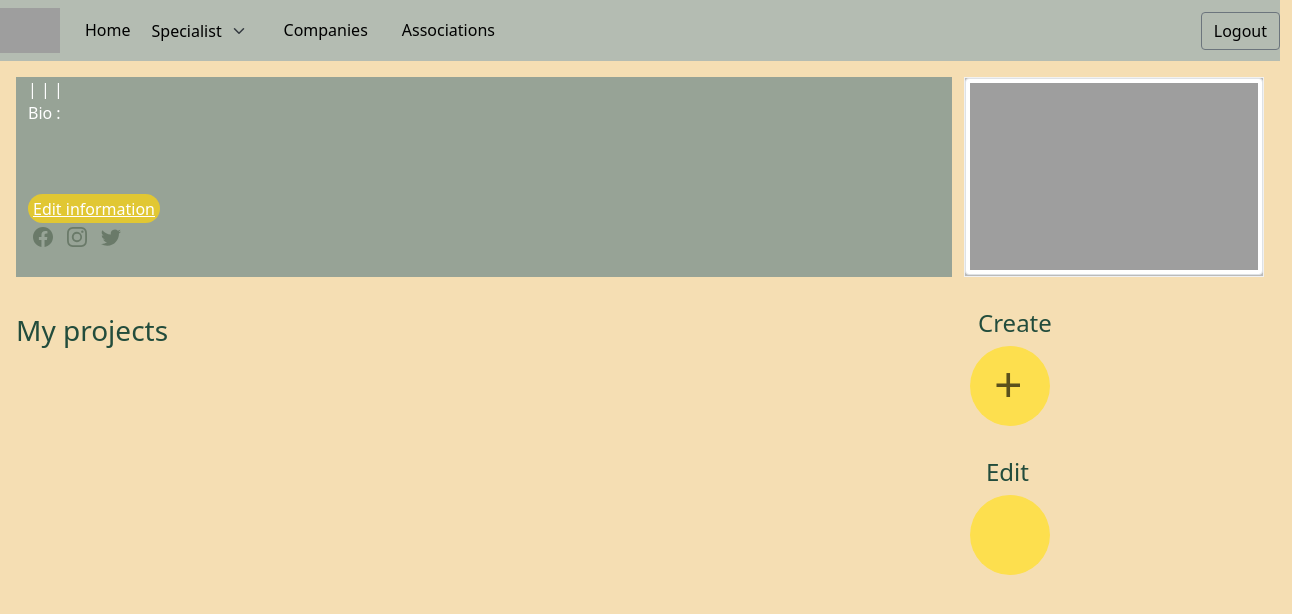
Repository: ahmadjamal-1997/Project-Taqadam
Page: http://localhost/Taqadam/WEB-INF/homestudent.jsp
The author's editor kept a copy of each file at every save. The page is drawn from the files as they stood at one save, then again after the next save.
The browser window is 1280 px wide. The page is 1292 px wide, so the pictures cover 1292 px, including what lies to the right of the window. The pictures show the whole page.
Pictures or frames that could not be fetched are drawn as grey boxes. The page is served by Tomcat 9. Nobody is signed in. Other server files are loaded and not shown. The template is opened directly, without the code that normally fills it, so the values that code supplies are empty.

Above is the page before, as saved 2022-04-01 13:37:18.

### Taqadam-new/Taqadam/src/main/webapp/WEB-INF/homestudent.jsp
<%@ page language="java" contentType="text/html; charset=ISO-8859-1"
    pageEncoding="ISO-8859-1"%>
<%@taglib uri="http://java.sun.com/jsp/jstl/fmt" prefix="fmt"%>
<%@taglib uri="http://java.sun.com/jsp/jstl/core" prefix="c"%>
<%@ taglib prefix="form" uri="http://www.springframework.org/tags/form"%>
<%@ page isErrorPage="true" %>
<!DOCTYPE html>
<html lang="en">

<head>
    <meta charset="UTF-8">
    <meta http-equiv="X-UA-Compatible" content="IE=edge">
    <meta name="viewport" content="width=device-width, initial-scale=1.0">
    <title>project</title>
    <!-- CSS only -->
    <link href="https://cdn.jsdelivr.net/npm/bootstrap@5.1.3/dist/css/bootstrap.min.css" rel="stylesheet"
        integrity="sha384-1BmE4kWBq78iYhFldvKuhfTAU6auU8tT94WrHftjDbrCEXSU1oBoqyl2QvZ6jIW3" crossorigin="anonymous">
    <style>
        #information {
            background-color: #97a396;
        }

        /* #personalPicture{
        width: 200px;
        height: 200px;
    } */
        .col-3 {
            /* background-color:#224c3c; */
            border-radius: 18px;
        }

        /* for picture */
        .flip-card {
            background-color: transparent;
            width: 300px;
            height: 200px;
            border: 1px solid #f1f1f1;
            perspective: 1000px;
            /* Remove this if you don't want the 3D effect */
        }

        /* This container is needed to position the front and back side */
        .flip-card-inner {
            position: relative;
            width: 100%;
            height: 100%;
            text-align: center;
            transition: transform 0.8s;
            transform-style: preserve-3d;
        }

        /* Do an horizontal flip when you move the mouse over the flip box container */
        .flip-card:hover .flip-card-inner {
            transform: rotateY(180deg);
        }

        /* Position the front and back side */
        .flip-card-front,
        .flip-card-back {
            position: absolute;
            width: 100%;
            height: 100%;
            -webkit-backface-visibility: hidden;
            /* Safari */
            backface-visibility: hidden;
        }

        /* Style the front side (fallback if image is missing) */
        .flip-card-front {
            background-color: #bbb;
            color: black;
        }

        /* Style the back side */
        .flip-card-back {
            background-color: dodgerblue;
            color: white;
            transform: rotateY(180deg);
        }

        /* end picture */
        .edit {
            background-color: #e1c733;
            width: 132px;
            height: 29px;
            display: flex;
            align-items: center;
            justify-content: center;
            border-radius: 20px;
        }

        .container,
        .container-fluid,
        .container-lg,
        .container-md,
        .container-sm,
        .container-xl,
        .container-xxl {
            padding-left: 0 !important;
            padding-right: 0 !important;
        }

        .col-3 {
            border-radius: 0 !important;
        }

        .card {
            background-color: #224c3c;
            color: white;
        }
        .container, .container-lg, .container-md, .container-sm {
    max-width: 1300px !important;
}
    </style>
</head>

<body style="background-color: wheat;">

    <nav class="navbar navbar-expand-lg navbar-dark" style="background-color: #b4bcb2;">
        <div class="container">
            <img src='/photo/taqdam-01.png' height="45" alt="movie_logo">
            <button class="navbar-toggler" type="button" data-bs-toggle="collapse"
                data-bs-target="#navbarSupportedContent" aria-controls="navbarSupportedContent" aria-expanded="false"
                aria-label="Toggle navigation">
                <span class="navbar-toggler-icon" style="color: white;"></span>
            </button>
            <div class="collapse navbar-collapse" id="navbarSupportedContent">
                <ul class="navbar-nav me-auto mb-2 mb-lg-0">
                    <li class="nav-item">
                        <a href="/" class="btn outline-dark btn-sm ms-3" style="color:black; font-size:16px;">Home</a>
                    </li>
                    <li class="nav-item" >
                        <select class="form-select" style="background-color: #b4bcb2;border: none;font-size:16px;color: black;" aria-label="Default select example">
                            <option selected>Specialist</option>
                            <option value="1">One</option>
                            <option value="2">Two</option>
                            <option value="3">Three</option>
                        </select>
                    </li>
                    <li class="nav-item">
                        <a href="" class="btn outline-dark btn-sm ms-3"
                            style="color:black; font-size:16px;">Companies</a>
                    </li>

                    <li class="nav-item">
                        <a href="" class="btn outline-dark btn-sm ms-3"
                            style="color:black; font-size:16px;">Associations</a>
                    </li>
                </ul>
                <div class="nav-item">
                    <a href="" class="btn btn-outline-secondary" style="font-size:16px;color: black;">Logout</a>
                </div>

            </div>
        </div>
    </nav>
    <div class="container">
        <div class="container-fluid">
            <div class="row w-100 p-3" style="margin: 0 auto;">
                <div id="information" class="col-9 text-white">
                    <div class="row">
                        <div class="col-12 text-break">${user.firstName } ${user.lastName }</div>
                    </div>
                    <div class="row">
                        <div class="col">${user.email } | ${user.field } | ${user.phone } | ${user.university }</div>
                    </div>
                    <div class="row">
                        <div class="col text-break" style="overflow-y: scroll;height: 85px;">Bio : ${user.bio }</div>
                    </div>
                    <div class="row mt-2">
                        <div class="col">
                            <div class="edit">
                                <a href="/edit/student/${user.id }" style="color:rgb(255, 255, 255)">Edit information</a>
                            </div>
                        </div>
                    </div>
                    <div class="row">
                        <div class="col">
                            <div style="color: #6a7a69;">
                                <svg xmlns="http://www.w3.org/2000/svg" width="30" height="20" fill="currentColor"
                                    class="bi bi-facebook" viewBox="0 0 16 16">
                                    <path
                                        d="M16 8.049c0-4.446-3.582-8.05-8-8.05C3.58 0-.002 3.603-.002 8.05c0 4.017 2.926 7.347 6.75 7.951v-5.625h-2.03V8.05H6.75V6.275c0-2.017 1.195-3.131 3.022-3.131.876 0 1.791.157 1.791.157v1.98h-1.009c-.993 0-1.303.621-1.303 1.258v1.51h2.218l-.354 2.326H9.25V16c3.824-.604 6.75-3.934 6.75-7.951z" />
                                </svg>
                                <svg xmlns="http://www.w3.org/2000/svg" width="30" height="20" fill="currentColor"
                                    class="bi bi-instagram" viewBox="0 0 16 16">
                                    <path
                                        d="M8 0C5.829 0 5.556.01 4.703.048 3.85.088 3.269.222 2.76.42a3.917 3.917 0 0 0-1.417.923A3.927 3.927 0 0 0 .42 2.76C.222 3.268.087 3.85.048 4.7.01 5.555 0 5.827 0 8.001c0 2.172.01 2.444.048 3.297.04.852.174 1.433.372 1.942.205.526.478.972.923 1.417.444.445.89.719 1.416.923.51.198 1.09.333 1.942.372C5.555 15.99 5.827 16 8 16s2.444-.01 3.298-.048c.851-.04 1.434-.174 1.943-.372a3.916 3.916 0 0 0 1.416-.923c.445-.445.718-.891.923-1.417.197-.509.332-1.09.372-1.942C15.99 10.445 16 10.173 16 8s-.01-2.445-.048-3.299c-.04-.851-.175-1.433-.372-1.941a3.926 3.926 0 0 0-.923-1.417A3.911 3.911 0 0 0 13.24.42c-.51-.198-1.092-.333-1.943-.372C10.443.01 10.172 0 7.998 0h.003zm-.717 1.442h.718c2.136 0 2.389.007 3.232.046.78.035 1.204.166 1.486.275.373.145.64.319.92.599.28.28.453.546.598.92.11.281.24.705.275 1.485.039.843.047 1.096.047 3.231s-.008 2.389-.047 3.232c-.035.78-.166 1.203-.275 1.485a2.47 2.47 0 0 1-.599.919c-.28.28-.546.453-.92.598-.28.11-.704.24-1.485.276-.843.038-1.096.047-3.232.047s-2.39-.009-3.233-.047c-.78-.036-1.203-.166-1.485-.276a2.478 2.478 0 0 1-.92-.598 2.48 2.48 0 0 1-.6-.92c-.109-.281-.24-.705-.275-1.485-.038-.843-.046-1.096-.046-3.233 0-2.136.008-2.388.046-3.231.036-.78.166-1.204.276-1.486.145-.373.319-.64.599-.92.28-.28.546-.453.92-.598.282-.11.705-.24 1.485-.276.738-.034 1.024-.044 2.515-.045v.002zm4.988 1.328a.96.96 0 1 0 0 1.92.96.96 0 0 0 0-1.92zm-4.27 1.122a4.109 4.109 0 1 0 0 8.217 4.109 4.109 0 0 0 0-8.217zm0 1.441a2.667 2.667 0 1 1 0 5.334 2.667 2.667 0 0 1 0-5.334z" />
                                </svg>
                                <svg xmlns="http://www.w3.org/2000/svg" width="30" height="20" fill="currentColor"
                                    class="bi bi-twitter" viewBox="0 0 16 16">
                                    <path
                                        d="M5.026 15c6.038 0 9.341-5.003 9.341-9.334 0-.14 0-.282-.006-.422A6.685 6.685 0 0 0 16 3.542a6.658 6.658 0 0 1-1.889.518 3.301 3.301 0 0 0 1.447-1.817 6.533 6.533 0 0 1-2.087.793A3.286 3.286 0 0 0 7.875 6.03a9.325 9.325 0 0 1-6.767-3.429 3.289 3.289 0 0 0 1.018 4.382A3.323 3.323 0 0 1 .64 6.575v.045a3.288 3.288 0 0 0 2.632 3.218 3.203 3.203 0 0 1-.865.115 3.23 3.23 0 0 1-.614-.057 3.283 3.283 0 0 0 3.067 2.277A6.588 6.588 0 0 1 .78 13.58a6.32 6.32 0 0 1-.78-.045A9.344 9.344 0 0 0 5.026 15z" />
                                </svg>
                            </div>
                        </div>
                    </div>
                </div>
                <div class="col-3">
                    <!-- <div class="col m-3"> -->
                    <div class="flip-card">
                        <div class="flip-card-inner">
                            <div class="flip-card-front">
                                <img src="/photo/engineer.jpg" class="img-fluid img-thumbnail"
                                    style="width:298px;height:197px;">
                            </div>
                            <div class="flip-card-back">
                                <h1>Student</h1>
                                <p>This is my Picture</p>
                                <p>Welcome !</p>
                            </div>
                        </div>
                    </div>
                    <!-- </div> -->
                </div>
            </div>
        </div>
        <div class="container-fluid">
            <div class="row p-3 fs-3">
                <div class="col-9" style="color: #224c3c;">My projects</div>
                <div class="col-3 fs-5" style="color: #224c3c;"><h1 class="fs-4 mx-2">Create</h1>
                <div class="rounded-circle" style="height:80px;width:80px;background-color:#fddf4e;"><a class="mx-4" style="color:#5a501c;text-decoration:none;font-size:50px;"  href="/createProject">+</a></div>
                </div>
            </div>
             <div class="row p-3 fs-3">
                <div class="col-9" style="color: #224c3c;"></div>
                <div class="col-3 fs-5" style="color: #224c3c;"> <h1 class="fs-4 mx-3">Edit</h1>
                <div class="rounded-circle" style="height:80px;width:80px;background-color:#fddf4e;"></div>
            </div>
        </div>
        <c:forEach var = "project" items = "${allProjects }">
        <div class="container-fluid">
            <div class="row p-3">
                <!-- <div class="col-8"> -->
                <div class="card container-fluid col-3 mx-2" style="width: 18rem;">
                    <img class="card-img-top" src="/photo/engineer.jpg">
                    <div class="card-body">
                        <h5 class="card-title">${project.title }</h5>
                        <p class="card-text">${project.field }
                       </p>
                        <div class="row" style="display: flex;justify-content: space-around">
                            <div class="col-6 ">
                                <a href="#" class="btn btn-warning fs-5" style="height: 50px;width: 160px;">See
                                    Details</a>
                            </div>
                            <div
                                class="col-2 bg-warning rounded-circle d-flex justify-content-center align-middle text-black fs-5">
                                <p class="mt-2">5</p>
                            </div>
                        </div>
                        <!-- </div> -->
                    </div>
                </div>
                <div class="col-9 fs-3" style="color:#224c3c ;">
                    <div class="row">
                        <div class="col">${project.title }</div>
                    </div>
                    <div class="row" style="height:250px;outline:black 2px solid;">
                        <div class="col">${project.description }</div>
                    </div>
                    <div class="row d-flex align-items-end" >
                        <div class="col">
                        <a  href="#"><img class="mx-3 mt-3" style="height:40px;width:40px;" src="/photo/pencil.png"></a>
                        </div>
                    </div>
                </div>
                </c:forEach>
            </div>
        </div>
    </div>



</body>

</html>

After the next save:
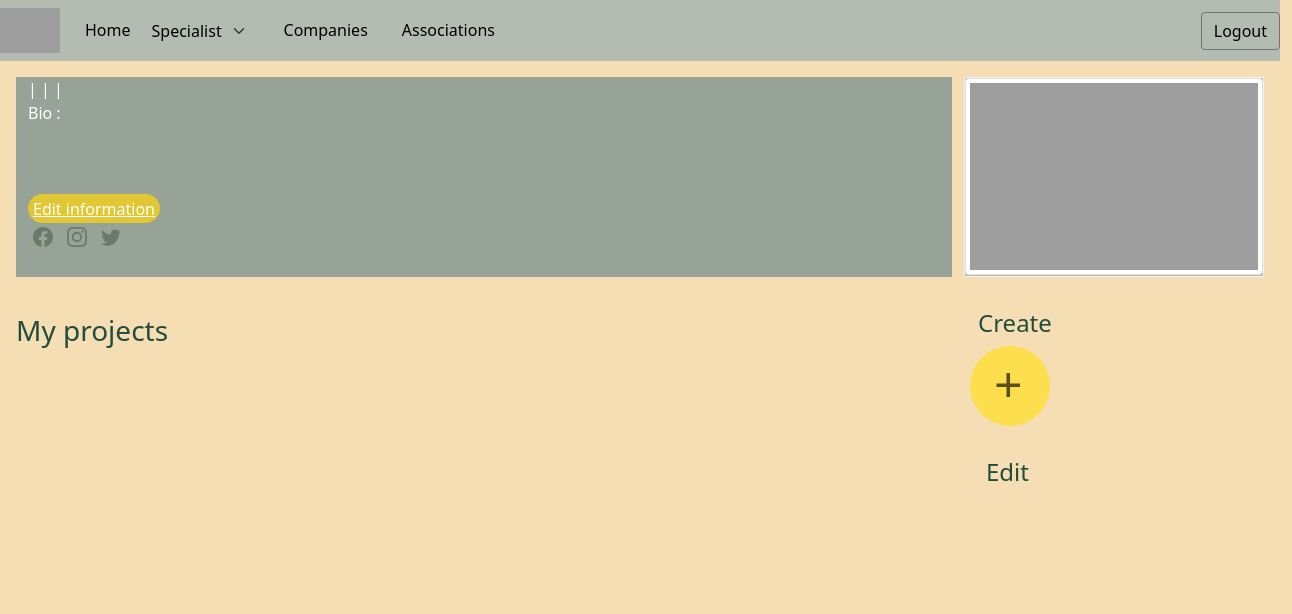
Saved 52 s later.
--- a/Taqadam-new/Taqadam/src/main/webapp/WEB-INF/homestudent.jsp
+++ b/Taqadam-new/Taqadam/src/main/webapp/WEB-INF/homestudent.jsp
@@ -225,7 +225,7 @@
              <div class="row p-3 fs-3">
                 <div class="col-9" style="color: #224c3c;"></div>
                 <div class="col-3 fs-5" style="color: #224c3c;"> <h1 class="fs-4 mx-3">Edit</h1>
-                <div class="rounded-circle" style="height:80px;width:80px;background-color:#fddf4e;"></div>
+
             </div>
         </div>
         <c:forEach var = "project" items = "${allProjects }">
@@ -260,7 +260,8 @@
                     </div>
                     <div class="row d-flex align-items-end" >
                         <div class="col">
-                        <a  href="#"><img class="mx-3 mt-3" style="height:40px;width:40px;" src="/photo/pencil.png"></a>
+                        <div class="rounded-circle" style="height:80px;width:80px;background-color:#fddf4e;">
+                        <a  href="#"><img class="mx-3 mt-3" style="height:40px;width:40px;" src="/photo/pencil.png"></a></div>
                         </div>
                     </div>
                 </div>
